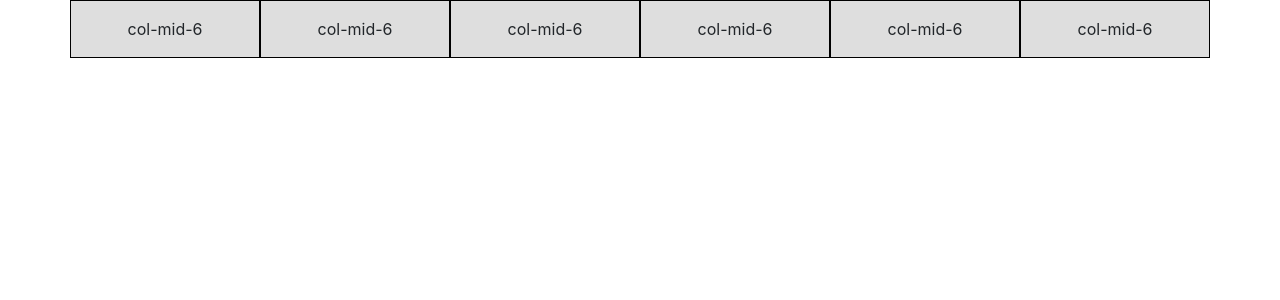
Repository: Naonaka-Saino/first-git
Page: lesson-bootstrap/index.html
The author's editor kept a record of every edit. The page is drawn from the files as they stood at one moment, then again after the next edit.
The browser window is 1280 px wide. The pictures show the whole page.
Some web libraries are served in a nearby version.

Above is the page before.

### lesson-bootstrap/index.html
<!DOCTYPE html>
<html lang="ja">
    <head>
        <!-- Required meta tags -->
        <meta charset="utf-8">
        <meta name="viewport" content="width=device-width, initial-scale=1, shrink-to-fit=no">

        <!-- Bootstrap CSS -->
        <link rel="stylesheet" href="https://stackpath.bootstrapcdn.com/bootstrap/4.2.1/css/bootstrap.min.css">

        <title>Grid System</title>

        <style>
            .row div{
                border:1px solid #000;
                padding:1em;
                text-align: center;
                background-color: #dedede;
            }
        </style>
    </head>
    <body>
        <div class="container">
            <div class="row">
                <div class="col-6 col-sm-6 offset-mid-2 col-md-2">col-mid-6</div>
                <div class="col-6 col-sm-6 offset-mid-2 col-md-2">col-mid-6</div>
                <div class="col-6 col-sm-6 offset-mid-2 col-md-2">col-mid-6</div>
                <div class="col-6 col-sm-6 offset-mid-2 col-md-2">col-mid-6</div>
                <div class="col-6 col-sm-6 offset-mid-2 col-md-2">col-mid-6</div>
                <div class="col-6 col-sm-6 offset-mid-2 col-md-2">col-mid-6</div>
            </div>
        </div>

        <!-- Optional JavaScript -->
        <!-- jQuery first, then Popper.js, then Bootstrap JS, then Font Awesome -->
        <script src="https://code.jquery.com/jquery-3.3.1.slim.min.js"></script>
        <script src="https://cdnjs.cloudflare.com/ajax/libs/popper.js/1.14.6/umd/popper.min.js"></script>
        <script src="https://stackpath.bootstrapcdn.com/bootstrap/4.2.1/js/bootstrap.min.js"></script>
        <script defer src="https://use.fontawesome.com/releases/v5.7.2/js/all.js"></script>
    </body>
</html>

After the next edit:
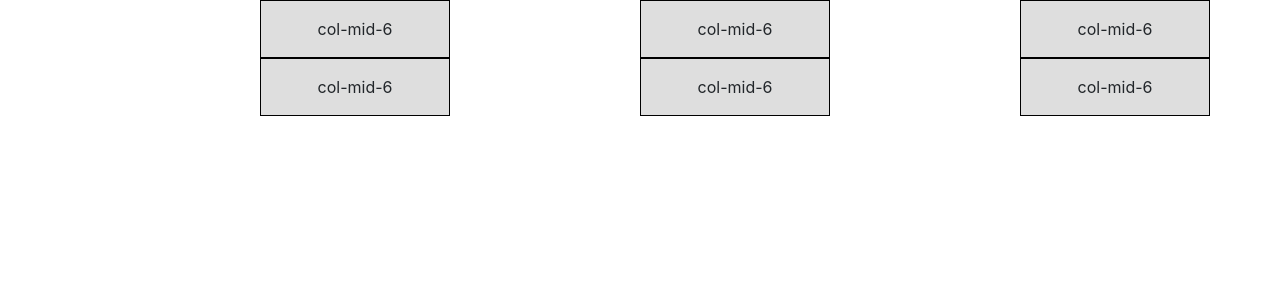
The edit:
--- a/lesson-bootstrap/index.html
+++ b/lesson-bootstrap/index.html
@@ -22,12 +22,12 @@
     <body>
         <div class="container">
             <div class="row">
-                <div class="col-6 col-sm-6 offset-mid-2 col-md-2">col-mid-6</div>
-                <div class="col-6 col-sm-6 offset-mid-2 col-md-2">col-mid-6</div>
-                <div class="col-6 col-sm-6 offset-mid-2 col-md-2">col-mid-6</div>
-                <div class="col-6 col-sm-6 offset-mid-2 col-md-2">col-mid-6</div>
-                <div class="col-6 col-sm-6 offset-mid-2 col-md-2">col-mid-6</div>
-                <div class="col-6 col-sm-6 offset-mid-2 col-md-2">col-mid-6</div>
+                <div class="col-6 col-sm-6 offset-md-2 col-md-2">col-mid-6</div>
+                <div class="col-6 col-sm-6 offset-md-2 col-md-2">col-mid-6</div>
+                <div class="col-6 col-sm-6 offset-md-2 col-md-2">col-mid-6</div>
+                <div class="col-6 col-sm-6 offset-md-2 col-md-2">col-mid-6</div>
+                <div class="col-6 col-sm-6 offset-md-2 col-md-2">col-mid-6</div>
+                <div class="col-6 col-sm-6 offset-md-2 col-md-2">col-mid-6</div>
             </div>
         </div>
 
